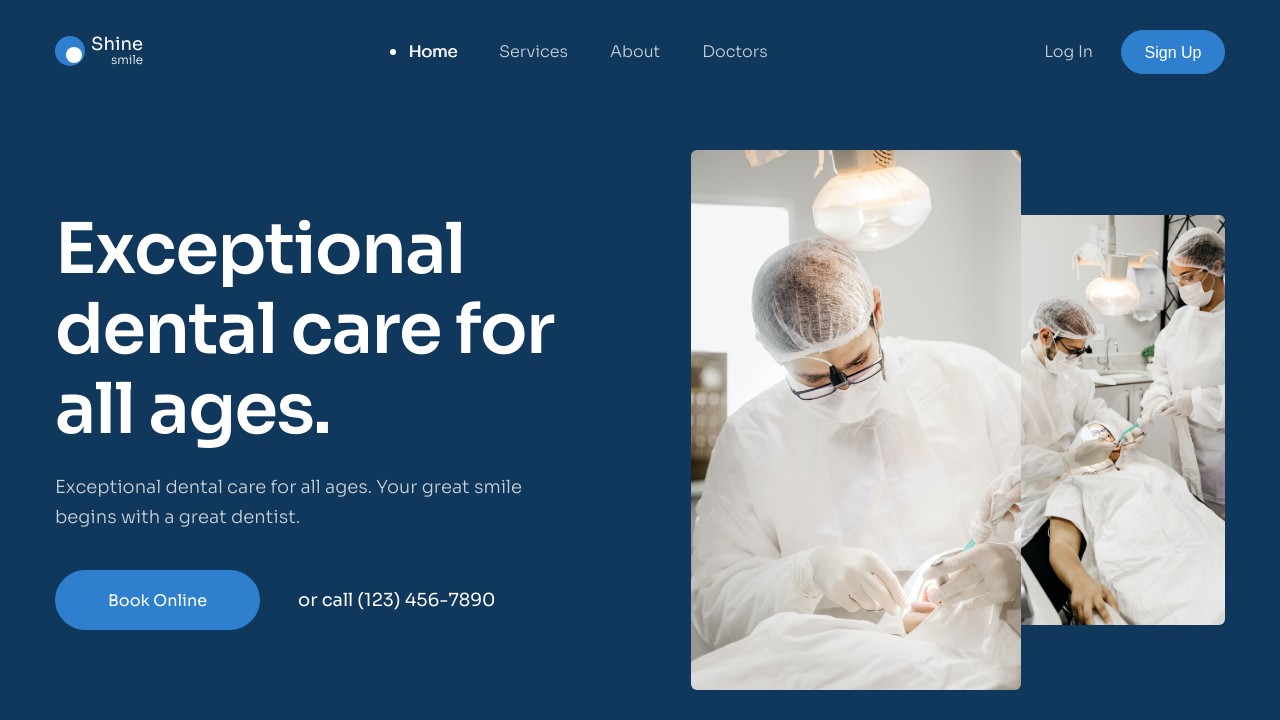
Repository: Tran-Dat/F8_Project_03
Page: index.html
An editor plug-in stored every save of this project. The page is shown before and after the next save, followed by the edit.
The browser window is 1280 px wide. The pictures show the whole page.

Above is the page before, as saved 2023-04-03 10:44:49.

After the next save:
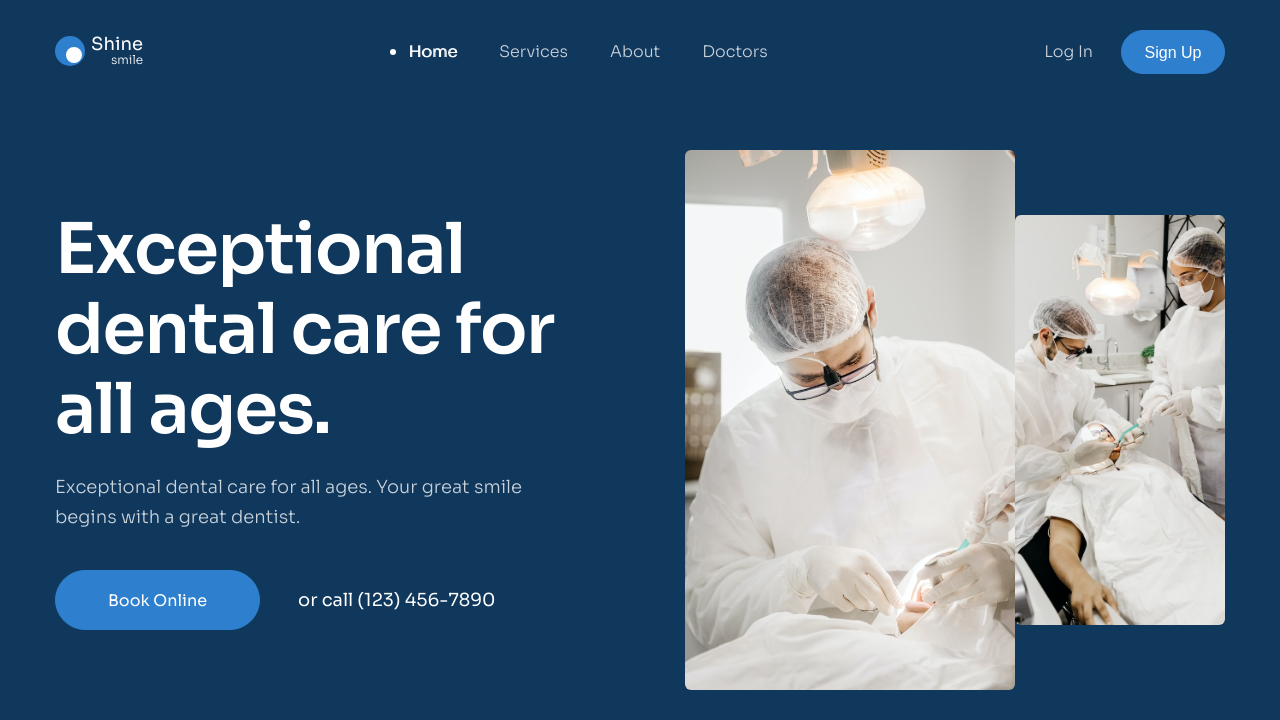
Saved 13 s later.
--- a/assets/css/style.css
+++ b/assets/css/style.css
@@ -218,7 +218,8 @@
 
 .hero__img:first-child {
     position: relative;
-    right: -6px;
+    margin-right: ;
+    :-6px ;
 }
 
 .hero__img:last-child {

After the save that followed:
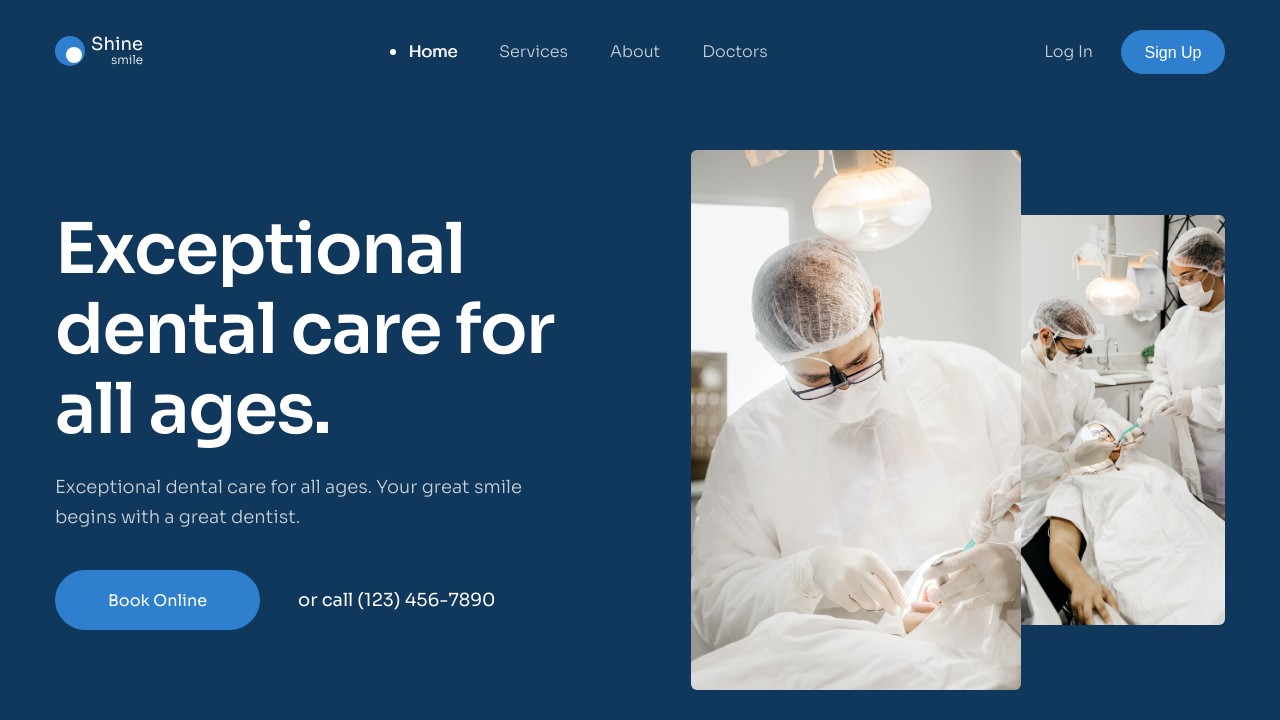
Saved 4 s later.
--- a/assets/css/style.css
+++ b/assets/css/style.css
@@ -218,8 +218,7 @@
 
 .hero__img:first-child {
     position: relative;
-    margin-right: ;
-    :-6px ;
+    margin-right: -6px;
 }
 
 .hero__img:last-child {
